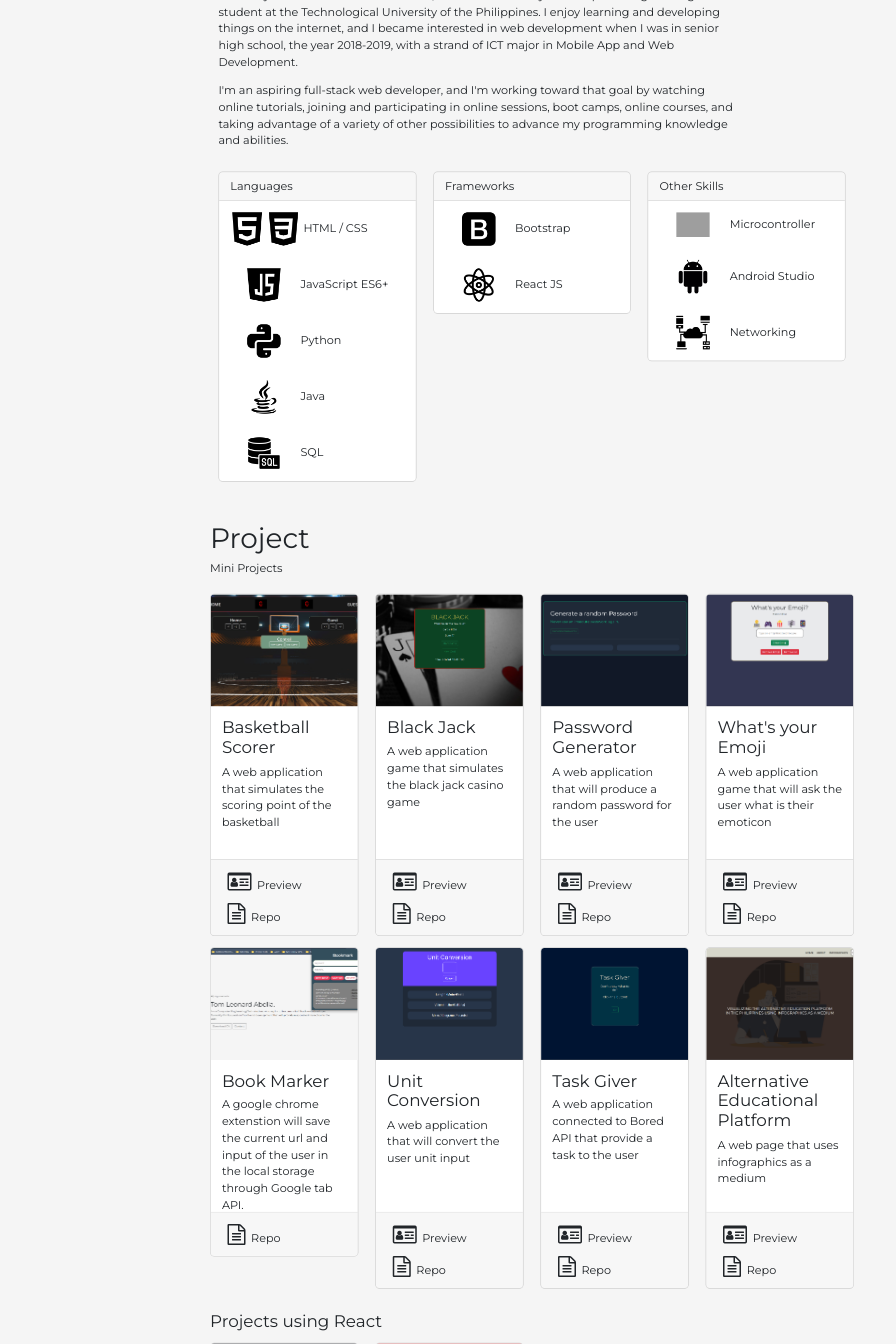
Repository: tom-abella/Portfolio
Page: index.html
An editor plug-in stored every save of this project. The page is shown before and after the next save, followed by the edit.
The browser window is 1280 px wide. The pictures show the part of the page from y = 803 to 2723 px (the page is 3347 px tall), at 70% of full size.
Pictures or frames that could not be fetched are drawn as grey boxes.

Above is the page before, as saved 2022-11-25 11:24:03.
Console error: ReferenceError: emailjs is not defined

After the next save:
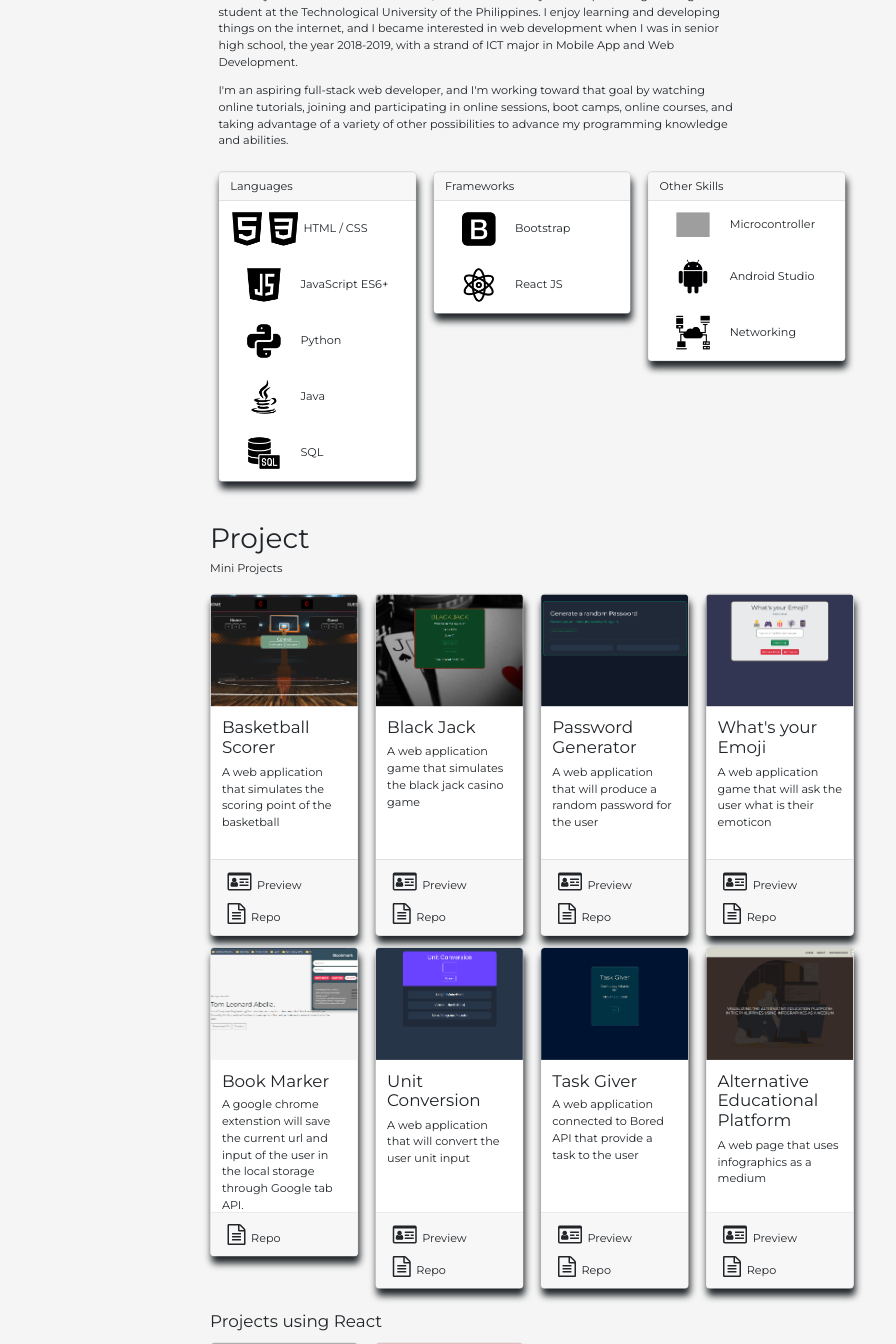
Saved 11 s later.
--- a/style.css
+++ b/style.css
@@ -16,7 +16,9 @@ img{
     color:#fff;
 
 }
-
+.card{
+    box-shadow: 2px 10px 10px #212529;
+}
 .navbar .nav-link.active{
     color:grey;
 }
